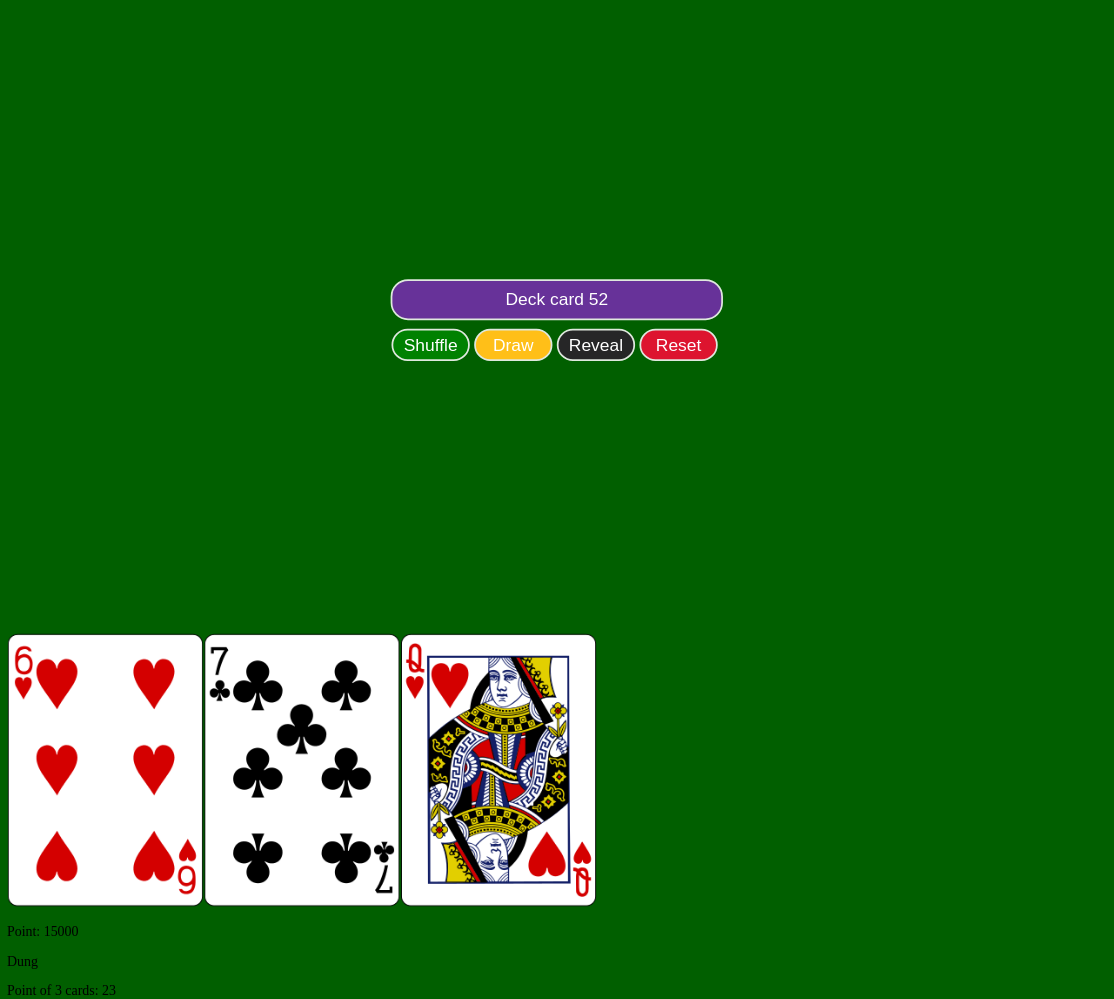
Repository: tiendungjr123/app-baicao
Page: /
The author's editor kept a copy of each file at every save. The page is drawn from the files as they stood at one save, then again after the next save.
The browser window is 1280 px wide. The pictures show the whole page, at 87% of full size.
The page's requests for data from a server got no answer. The project was rebuilt for these pictures with package versions that can differ from the ones it lists, and the page was loaded fresh each time. No one was signed in, and anything a server would have sent is missing. Also part of the build but not shown: src/index.css, src/Components/card.jsx, src/Components/cardList.jsx, src/Components/table.jsx.

Above is the page before, as saved 2022-10-11 11:01:53.

### src/index.js
import React from 'react';
import ReactDOM from 'react-dom/client';
import './index.css';
import App from './App';

const root = ReactDOM.createRoot(document.getElementById('root'));
root.render(
   <App />
);

### src/App.js
import './App.css';
import CardList from './Components/cardList';
import Table from './Components/table';
import React, { useEffect, useState } from 'react';
import { getDrawCard, getShuffleCard } from './apis/index';
import img_6H from './assets/images/6H.png';
import img_7C from './assets/images/7C.png';
import img_QH from './assets/images/QH.png';

function App() {

   const [deck_id, setDect_id] = useState('');
   const [listCard, setListCard] = useState([]);
   const [loading, setLoading] = useState(false);
   const [remaining, setRemaining] = useState(52);
   const [checkCard, setCheckCard] = useState(false);

   useEffect(() => {
      getShuffleCard().then((res) => {
         setDect_id(res.data.deck_id);
      });
   }, []);

   const handleShuffle = () => {
      getShuffleCard().then((res) => {
         setDect_id(res.data.deck_id);
      });
      setRemaining(52)
   }
   const handleDraw = () => {
      setLoading(true);
      if (remaining < 16) {
         alert('Không đủ bài để chia')
         setLoading(false);
         getShuffleCard().then((res) => {
            setDect_id(res.data.deck_id);
         });
         setListCard([]);
         setRemaining(52);
      }

   }

   useEffect(() => {
      if (deck_id && loading) {
         getDrawCard(deck_id).then((res) => {
            setListCard(res.data.cards);
            setRemaining(res.data.remaining);
            setLoading(false);
            setCheckCard(false);
         })
      }
   }, [deck_id, loading]);

   const handleReveal = () => {
      console.log(listCard);
   }

   return (
      <div className="app">
         <div className='table'>
            <button className='btn-deck-card'>Deck card {remaining}</button>
            <div className='btn-action'>
               <button onClick={handleShuffle} className='btn btn-shuffle'>Shuffle</button>
               <button onClick={handleDraw} className='btn btn-draw'>Draw</button>
               <button onClick={handleReveal} className='btn btn-reveal'>Reveal</button>
               <button className='btn btn-reset'>Reset</button>
            </div>
         </div>
         <div className="card-top">
            <div className='card'>
               <div className='card-img'>
                  <img src={img_6H} alt="6h" />
                  <img className='img-center' src={img_7C} alt="7c" />
                  <img src={img_QH} alt="qh" />
               </div>
               <p className='point'>Point: 15000</p>
               <p className='user'>Dung</p>
               <p className='point'>Point of 3 cards: 23</p>
            </div>
         </div>
      </div>

   );
}

export default App;

### src/App.css
@import "./Scss/style.css";

### src/apis/index.js
import axios from 'axios';

export const getShuffleCard = () =>
   axios.get('https://deckofcardsapi.com/api/deck/new/shuffle/?deck_count=1');

export const getDrawCard = (deck_id) =>
   axios.get(`https://deckofcardsapi.com/api/deck/${deck_id}/draw/?count=3`);

### src/Scss/style.css
.table {
  height: 100vh;
  display: flex;
  justify-content: center;
  align-items: center;
  flex-direction: column;
}
.table .btn-deck-card {
  border: 2px solid #DFE8DE;
  border-radius: 20px;
  color: #fff;
  font-size: 20px;
  font-weight: 400;
  background-color: #673299;
  padding: 10px 130px;
  margin-bottom: 10px;
}
.table .btn-action .btn {
  border: 2px solid #DFE8DE;
  border-radius: 20px;
  color: #fff;
  font-size: 20px;
  font-weight: 400;
  margin-right: 5px;
  padding: 5px 10px;
  width: 90px;
  cursor: pointer;
}
.table .btn-action .btn-shuffle {
  background-color: #008101;
}
.table .btn-action .btn-draw {
  background-color: #FFBF18;
}
.table .btn-action .btn-reveal {
  background-color: #262627;
}
.table .btn-action .btn-reset {
  background-color: #dd142f;
}

body {
  background-color: #015F00;
  height: 100vh;
}/*# sourceMappingURL=style.css.map */

Loaded but not shown: public/index.html (common file)

After the next save:
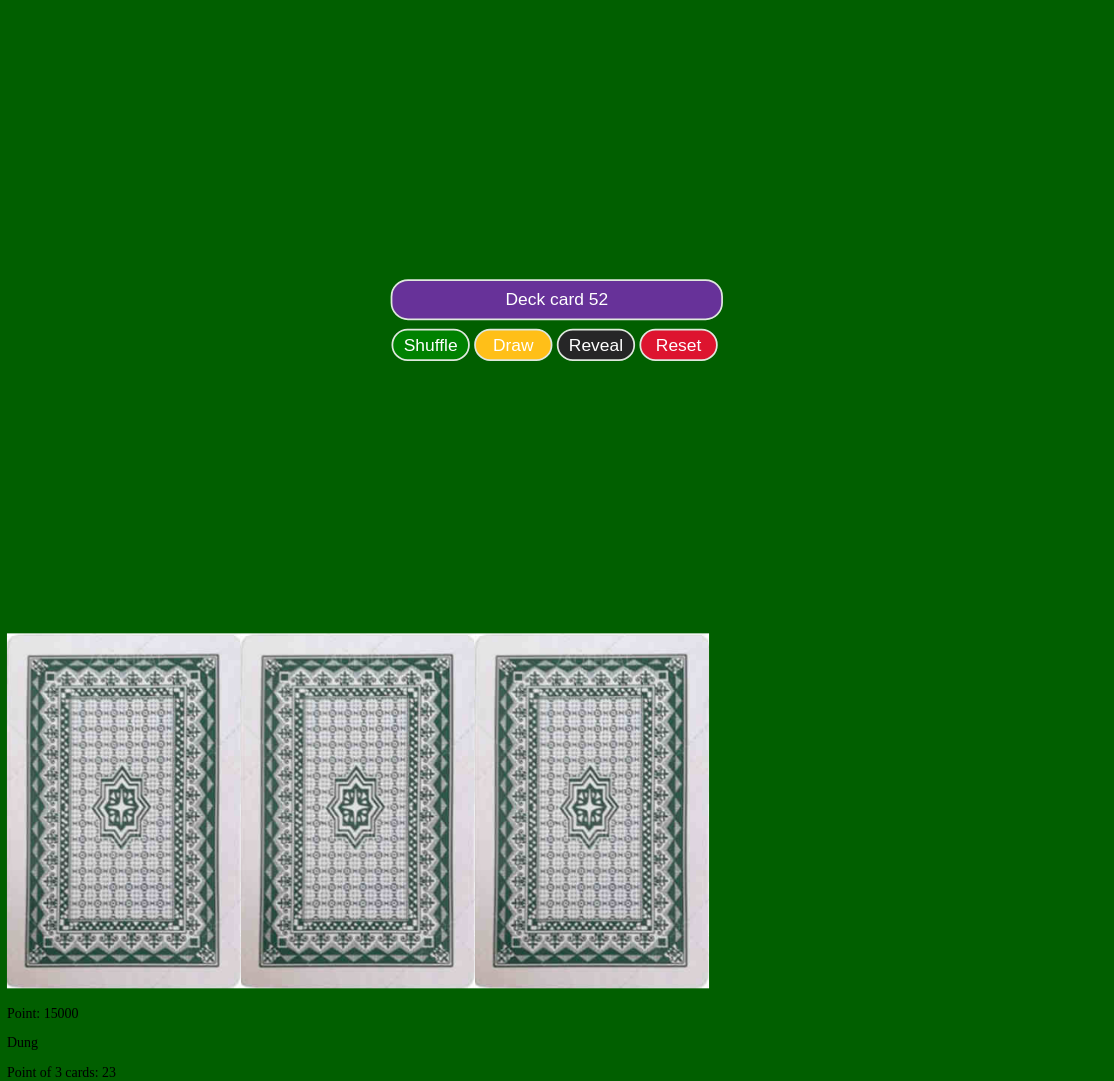
Saved 8 min 24 s later.
--- a/src/App.js
+++ b/src/App.js
@@ -6,7 +6,7 @@ import { getDrawCard, getShuffleCard } from './apis/index';
 import img_6H from './assets/images/6H.png';
 import img_7C from './assets/images/7C.png';
 import img_QH from './assets/images/QH.png';
-
+import baiup from './assets/images/baian.PNG';
 function App() {
 
    const [deck_id, setDect_id] = useState('');
@@ -70,9 +70,9 @@ function App() {
          <div className="card-top">
             <div className='card'>
                <div className='card-img'>
-                  <img src={img_6H} alt="6h" />
-                  <img className='img-center' src={img_7C} alt="7c" />
-                  <img src={img_QH} alt="qh" />
+                  <img src={baiup} alt="6h" />
+                  <img className='img-center' src={baiup} alt="7c" />
+                  <img src={baiup} alt="qh" />
                </div>
                <p className='point'>Point: 15000</p>
                <p className='user'>Dung</p>
@@ -80,7 +80,6 @@ function App() {
             </div>
          </div>
       </div>
-
    );
 }
 
